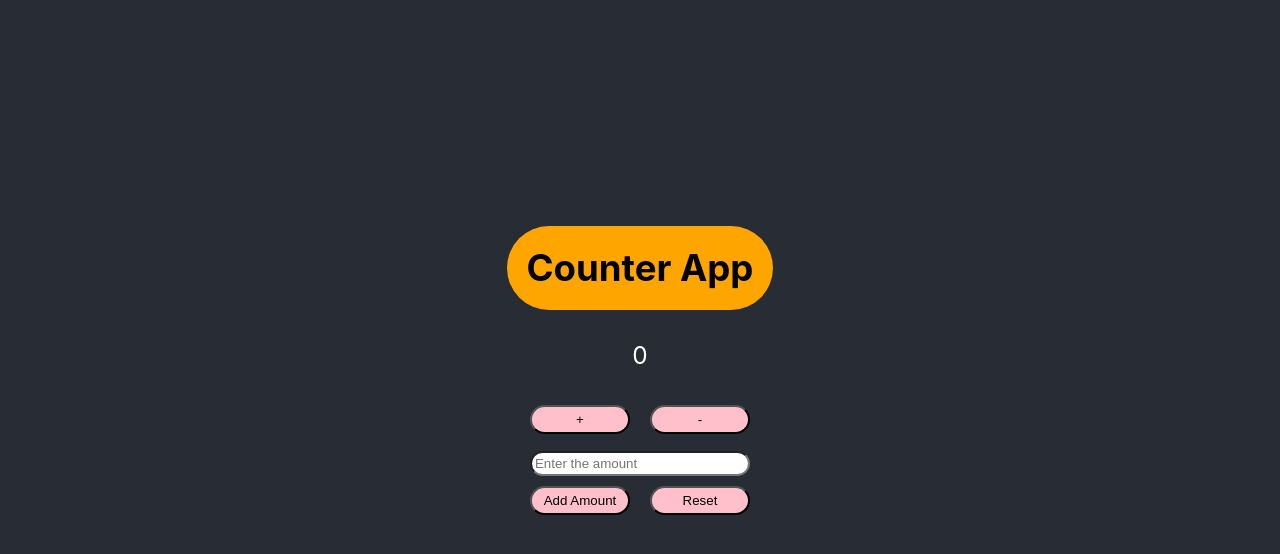
Repository: mahsa199170/React-Redux-Projects
Page: / (app in counter-app-redux-toolkit/)
An editor plug-in stored every save of this project. The page is shown before and after the next save, followed by the edit.
The browser window is 1280 px wide. The pictures show the whole page.
The project was rebuilt for these pictures with package versions that can differ from the ones it lists, and the page was loaded fresh each time.

Above is the page before, as saved 2024-10-28 15:28:11.

After the next save:
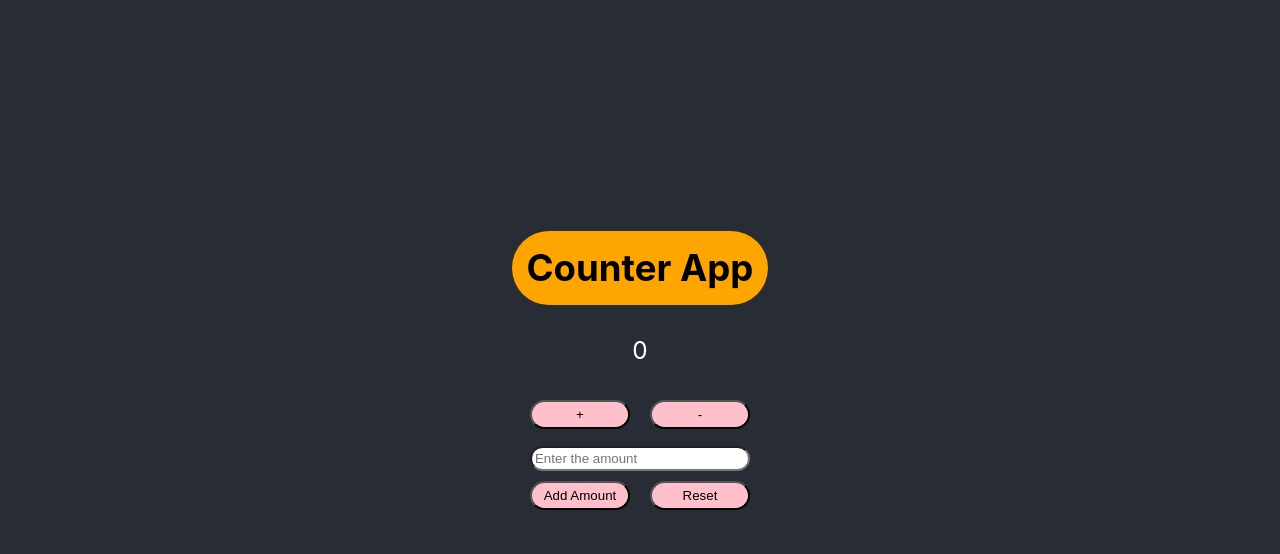
Saved 47 s later.
--- a/counter-app-redux-toolkit/src/components/counter/Counter.js
+++ b/counter-app-redux-toolkit/src/components/counter/Counter.js
@@ -39,7 +39,7 @@ const Counter = () => {
           color: 'black',
           backgroundColor: 'orange ',
           borderRadius: '50px',
-          padding: '20px',
+          padding: '15px',
         }}
       >
         Counter App
